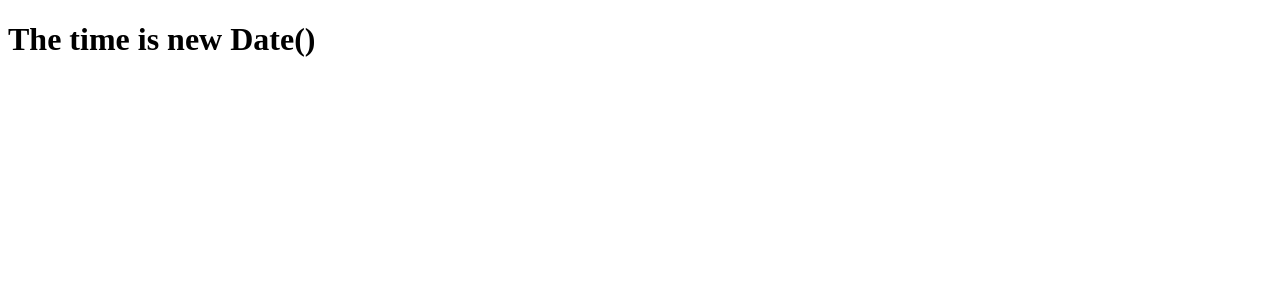
Repository: ThejashreeMS/JDBC
Page: MyLastCapApp/WebContent/index.html
The author's editor kept a copy of each file at every save. The page is drawn from the files as they stood at one save, then again after the next save.
The browser window is 1280 px wide. The pictures show the whole page.

Above is the page before, as saved 2018-03-13 16:12:05.

After the next save:
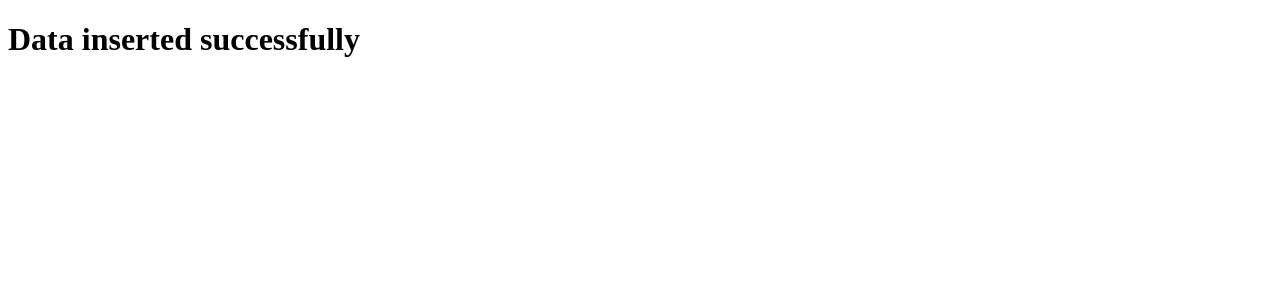
Saved 2 min 50 s later.
--- a/MyLastCapApp/WebContent/index.html
+++ b/MyLastCapApp/WebContent/index.html
@@ -5,6 +5,6 @@
 <title>Insert title here</title>
 </head>
 <body>
-<h1>The time is <time>new Date()</time></h1>
+<h1>Data inserted successfully</h1>
 </body>
 </html>
